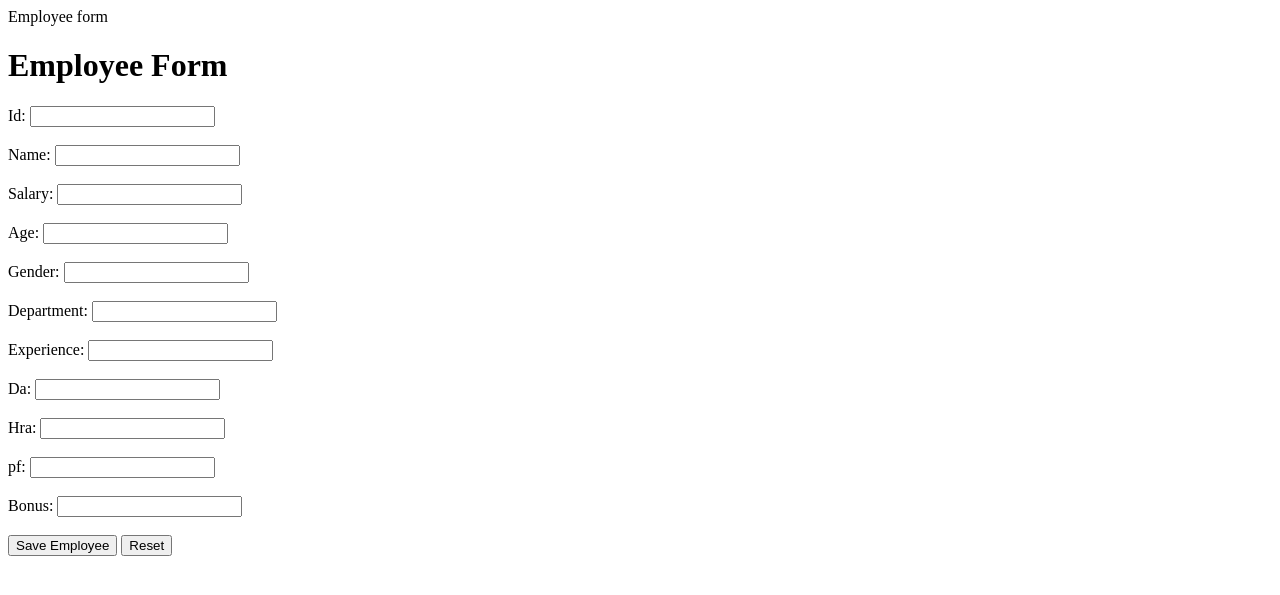
Repository: Shivanibasireddy/Software-Examples
Page: http://localhost/add-employee
An editor plug-in stored every save of this project. The page is shown before and after the next save, followed by the edit.
The browser window is 1280 px wide. The pictures show the whole page.
The page is this project's Thymeleaf template; nobody is signed in. The template is opened directly, without the code that normally fills it, so the values that code supplies are empty.

Above is the page before, as saved 2024-12-22 13:55:57.

After the next save:
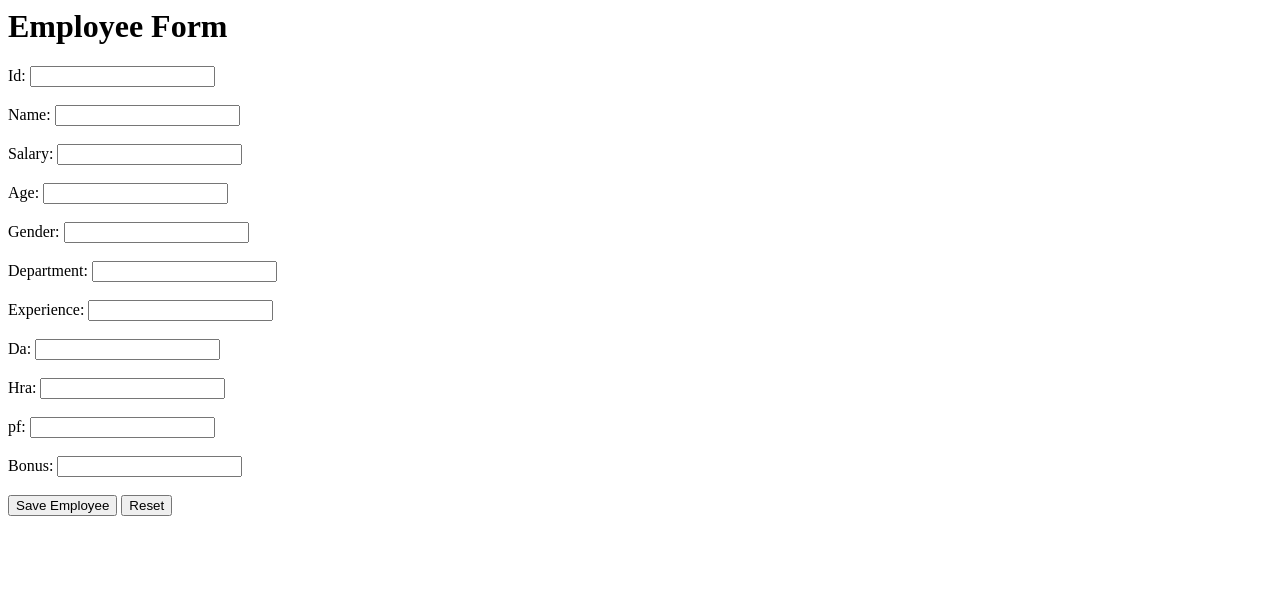
Saved 3 min 13 s later.
--- a/SpringBootMvctest-1/src/main/resources/templates/add-employee.html
+++ b/SpringBootMvctest-1/src/main/resources/templates/add-employee.html
@@ -1,6 +1,6 @@
 <html>
 	<head>
-		<tittle>Employee form</tittle>
+		<title>Employee form</title>
 	</head>
 	<body>
 		<h1>Employee Form</h1>
